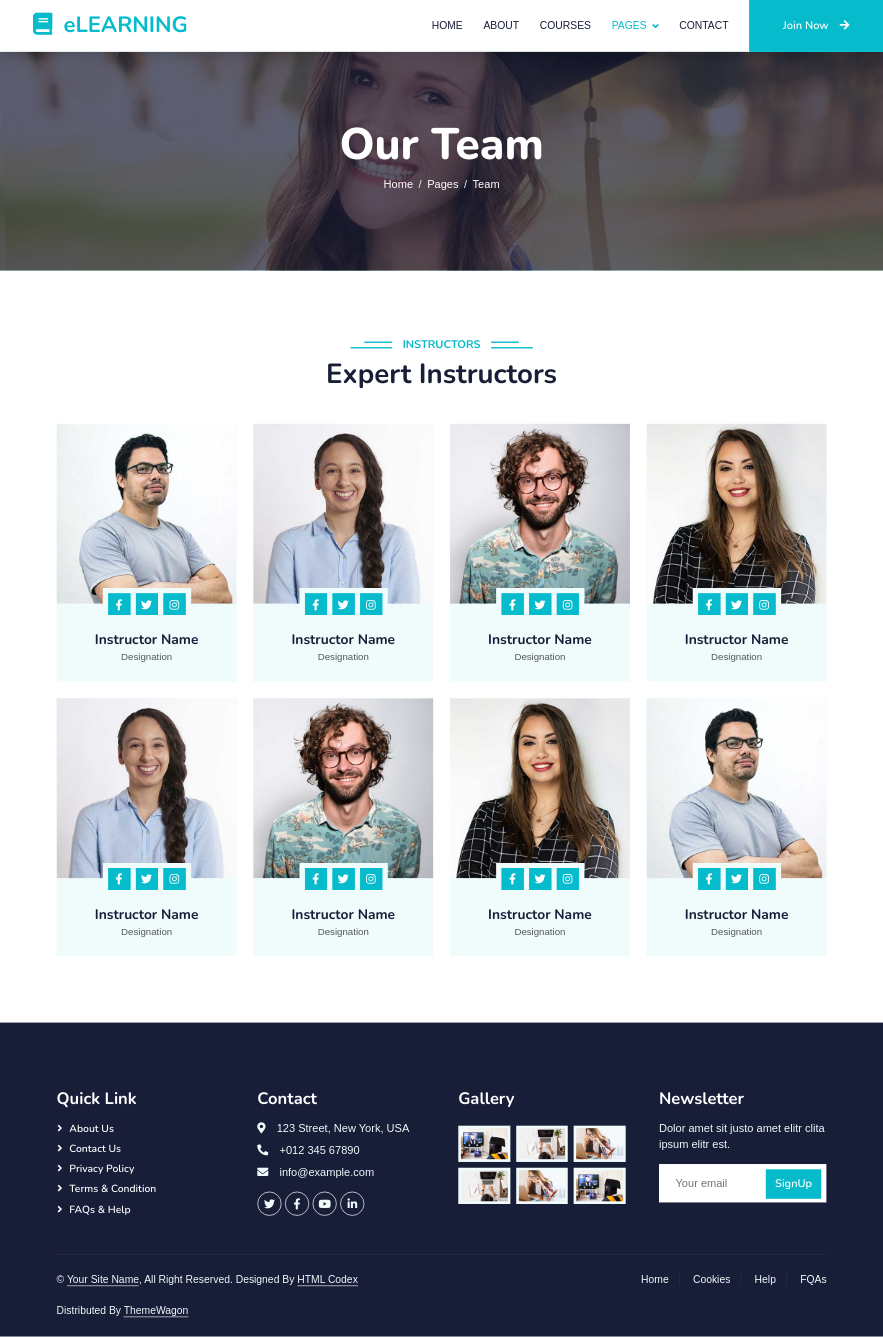
Repository: Arumugam2002/ARUMUGAM-TOPS-DAILY-TASKS
Page: http://localhost/team
An editor plug-in stored every save of this project. The page is shown before and after the next save, followed by the edit.
The browser window is 1280 px wide. The pictures show the whole page, at 69% of full size.
Some web fonts or font styles are not loaded; a fallback is used. Some web libraries are served in a nearby version. The page is this project's Thymeleaf template; nobody is signed in. The template is opened directly, without the code that normally fills it, so the values that code supplies are empty.

Above is the page before, as saved 2024-07-16 06:27:46.

After the next save:
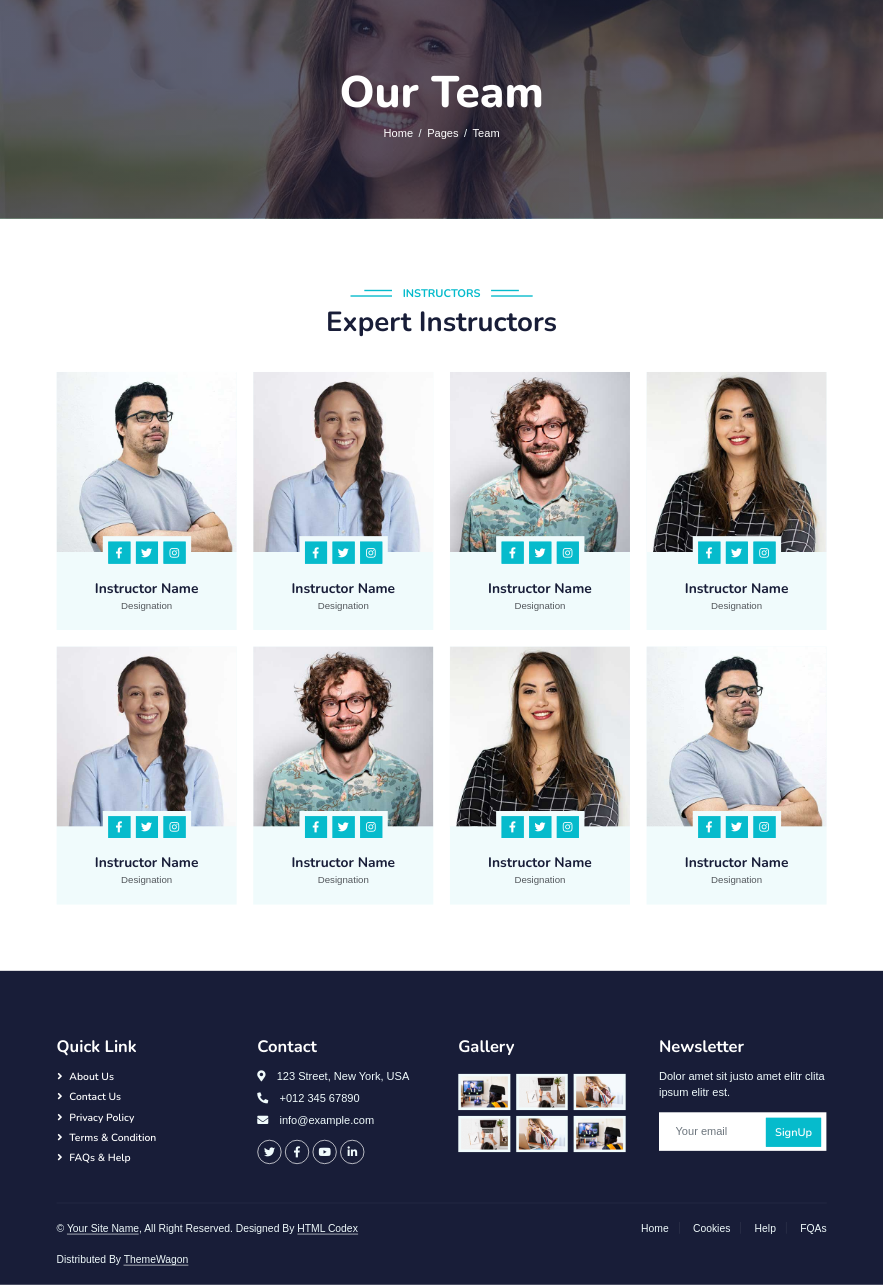
Saved 14 s later.
--- a/Java SpringBoot/Spring_Eclipse/SpringwithTemplate/src/main/resources/templates/team.html
+++ b/Java SpringBoot/Spring_Eclipse/SpringwithTemplate/src/main/resources/templates/team.html
@@ -4,42 +4,6 @@
 
 
 <body>
-    <!-- Spinner Start -->
-    <div id="spinner" class="show bg-white position-fixed translate-middle w-100 vh-100 top-50 start-50 d-flex align-items-center justify-content-center">
-        <div class="spinner-border text-primary" style="width: 3rem; height: 3rem;" role="status">
-            <span class="sr-only">Loading...</span>
-        </div>
-    </div>
-    <!-- Spinner End -->
-
-
-    <!-- Navbar Start -->
-    <nav class="navbar navbar-expand-lg bg-white navbar-light shadow sticky-top p-0">
-        <a href="index.html" class="navbar-brand d-flex align-items-center px-4 px-lg-5">
-            <h2 class="m-0 text-primary"><i class="fa fa-book me-3"></i>eLEARNING</h2>
-        </a>
-        <button type="button" class="navbar-toggler me-4" data-bs-toggle="collapse" data-bs-target="#navbarCollapse">
-            <span class="navbar-toggler-icon"></span>
-        </button>
-        <div class="collapse navbar-collapse" id="navbarCollapse">
-            <div class="navbar-nav ms-auto p-4 p-lg-0">
-                <a href="index.html" class="nav-item nav-link">Home</a>
-                <a href="about.html" class="nav-item nav-link">About</a>
-                <a href="courses.html" class="nav-item nav-link">Courses</a>
-                <div class="nav-item dropdown">
-                    <a href="#" class="nav-link dropdown-toggle active" data-bs-toggle="dropdown">Pages</a>
-                    <div class="dropdown-menu fade-down m-0">
-                        <a href="team.html" class="dropdown-item active">Our Team</a>
-                        <a href="testimonial.html" class="dropdown-item">Testimonial</a>
-                        <a href="404.html" class="dropdown-item">404 Page</a>
-                    </div>
-                </div>
-                <a href="contact.html" class="nav-item nav-link">Contact</a>
-            </div>
-            <a href="" class="btn btn-primary py-4 px-lg-5 d-none d-lg-block">Join Now<i class="fa fa-arrow-right ms-3"></i></a>
-        </div>
-    </nav>
-    <!-- Navbar End -->
 
 
     <!-- Header Start -->
